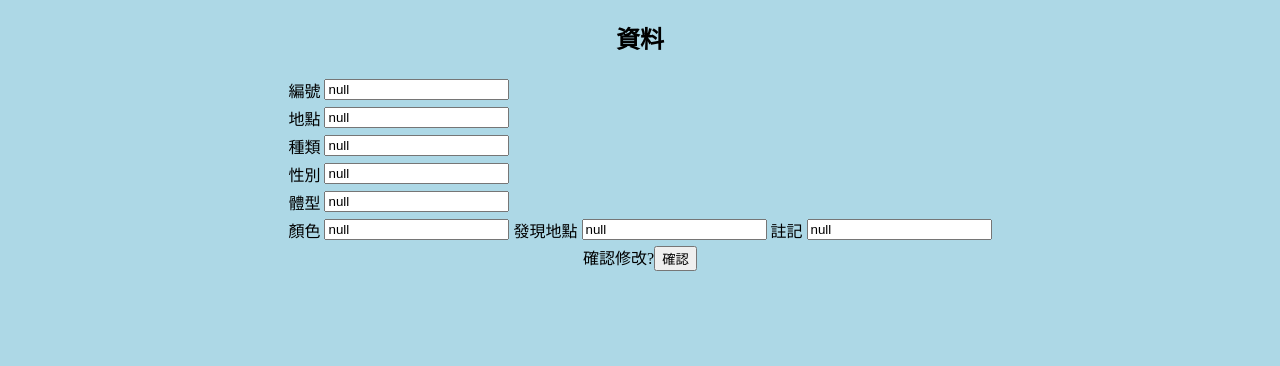
Repository: Ray917x/JaveEEforProject
Page: http://localhost/JSP/project/AnimalUpdate.jsp
The author's editor kept a copy of each file at every save. The page is drawn from the files as they stood at one save, then again after the next save.
The browser window is 1280 px wide. The pictures show the whole page.
The page is served by Tomcat 9. Other server files are loaded and not shown.

Above is the page before, as saved 2022-09-13 05:48:07.

### JSP/src/main/webapp/project/AnimalUpdate.jsp
<%@ page language="java" contentType="text/html; charset=UTF-8"
	pageEncoding="UTF-8"%>
<!DOCTYPE html>
<html>
<head>
<meta charset="UTF-8">
<title>資料</title>
</head>
<body style="background-color: lightblue">
	<div align="center">
		<h2>資料</h2>

		<jsp:useBean id="animal" scope="request"
			class="com.lcpan.bean.AnimalBean" />
		<form method="post" action="/JSP/AnimalUpdate">
			<table>
				<tr>
					<td>編號
					<td><input type="text" name="animal_id"
						value="<%= animal.getAnimal_id() %>">
				<tr>
					<td>地點
					<td><input type="text" name="animal_place"
						value="<%= animal.getAnimal_place() %>">
				<tr>
					<td>種類
					<td><input type="text" name="animal_kind"
						value="<%= animal.getAnimal_kind() %>">
				<tr>
					<td>性別
					<td><input type="text" name="animal_sex"
						value="<%= animal.getAnimal_sex() %>">
				<tr>
					<td>體型
					<td><input type="text" name="animal_bodytype"
						value="<%= animal.getAnimal_bodytype() %>">
				<tr>
					<td>顏色
					<td><input type="text" name="animal_colour"
						value="<%= animal.getAnimal_colour() %>">
					<td>發現地點
					<td><input type="text" name="animal_foundplace"
						value="<%= animal.getAnimal_foundplace() %>">
					<td>註記
					<td><input type="text" name="animal_remark"
						value="<%= animal.getAnimal_remark() %>">
			</table>
			確認修改?<input type="submit" value="確認" />
		</form>
	</div>

</body>
</html>

### JSP/src/main/java/com/lcpan/bean/AnimalBean.java
package com.lcpan.bean;

public class AnimalBean implements java.io.Serializable {
	private static final long serialVersionUID = 1L;
	private String animal_id;
	private String animal_place;
	private String animal_kind;
	private String animal_sex;
	private String animal_bodytype;
	private String animal_colour;
	private String animal_foundplace;
	private String animal_remark;
	private String animal_opendate;
	private String animal_closeddate;
	private String animal_update;
	private String animal_createtime;
	private String album_file;
	private String shelter_address;
	private String shelter_tel;

	public String getAnimal_id() {
		return animal_id;
	}

	public void setAnimal_id(String animal_id) {
		this.animal_id = animal_id;
	}

	public String getAnimal_place() {
		return animal_place;
	}

	public void setAnimal_place(String animal_place) {
		this.animal_place = animal_place;
	}

	public String getAnimal_kind() {
		return animal_kind;
	}

	public void setAnimal_kind(String animal_kind) {
		this.animal_kind = animal_kind;
	}

	public String getAnimal_sex() {
		return animal_sex;
	}

	public void setAnimal_sex(String animal_sex) {
		this.animal_sex = animal_sex;
	}

	public String getAnimal_bodytype() {
		return animal_bodytype;
	}

	public void setAnimal_bodytype(String animal_bodytype) {
		this.animal_bodytype = animal_bodytype;
	}

	public String getAnimal_colour() {
		return animal_colour;
	}

	public void setAnimal_colour(String animal_colour) {
		this.animal_colour = animal_colour;
	}

	public String getAnimal_foundplace() {
		return animal_foundplace;
	}

	public void setAnimal_foundplace(String animal_foundplace) {
		this.animal_foundplace = animal_foundplace;
	}

	public String getAnimal_remark() {
		return animal_remark;
	}

	public void setAnimal_remark(String animal_remark) {
		this.animal_remark = animal_remark;
	}

	public String getAnimal_opendate() {
		return animal_opendate;
	}

	public void setAnimal_opendate(String animal_opendate) {
		this.animal_opendate = animal_opendate;
	}

	public String getAnimal_closeddate() {
		return animal_closeddate;
	}

	public void setAnimal_closeddate(String animal_closeddate) {
		this.animal_closeddate = animal_closeddate;
	}

	public String getAnimal_update() {
		return animal_update;
	}

	public void setAnimal_update(String animal_update) {
		this.animal_update = animal_update;
	}

	public String getAnimal_createtime() {
		return animal_createtime;
	}

	public void setAnimal_createtime(String animal_createtime) {
		this.animal_createtime = animal_createtime;
	}


	public String getAlbum_file() {
		return album_file;
	}

	public void setAlbum_file(String album_file) {
		this.album_file = album_file;
	}

	public String getShelter_address() {
		return shelter_address;
	}

	public void setShelter_address(String shelter_address) {
		this.shelter_address = shelter_address;
	}

	public String getShelter_tel() {
		return shelter_tel;
	}

	public void setShelter_tel(String shelter_tel) {
		this.shelter_tel = shelter_tel;
	}

	public static long getSerialversionuid() {
		return serialVersionUID;
	}





}

After the next save:
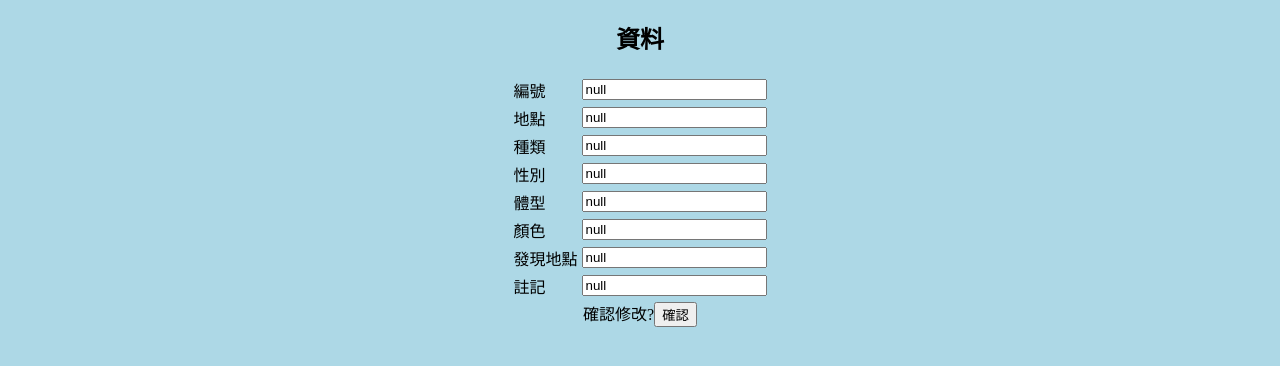
Saved 3 min 54 s later.
--- a/JSP/src/main/webapp/project/AnimalUpdate.jsp
+++ b/JSP/src/main/webapp/project/AnimalUpdate.jsp
@@ -38,9 +38,11 @@
 					<td>顏色
 					<td><input type="text" name="animal_colour"
 						value="<%= animal.getAnimal_colour() %>">
+				<tr>
 					<td>發現地點
 					<td><input type="text" name="animal_foundplace"
 						value="<%= animal.getAnimal_foundplace() %>">
+				<tr>
 					<td>註記
 					<td><input type="text" name="animal_remark"
 						value="<%= animal.getAnimal_remark() %>">
